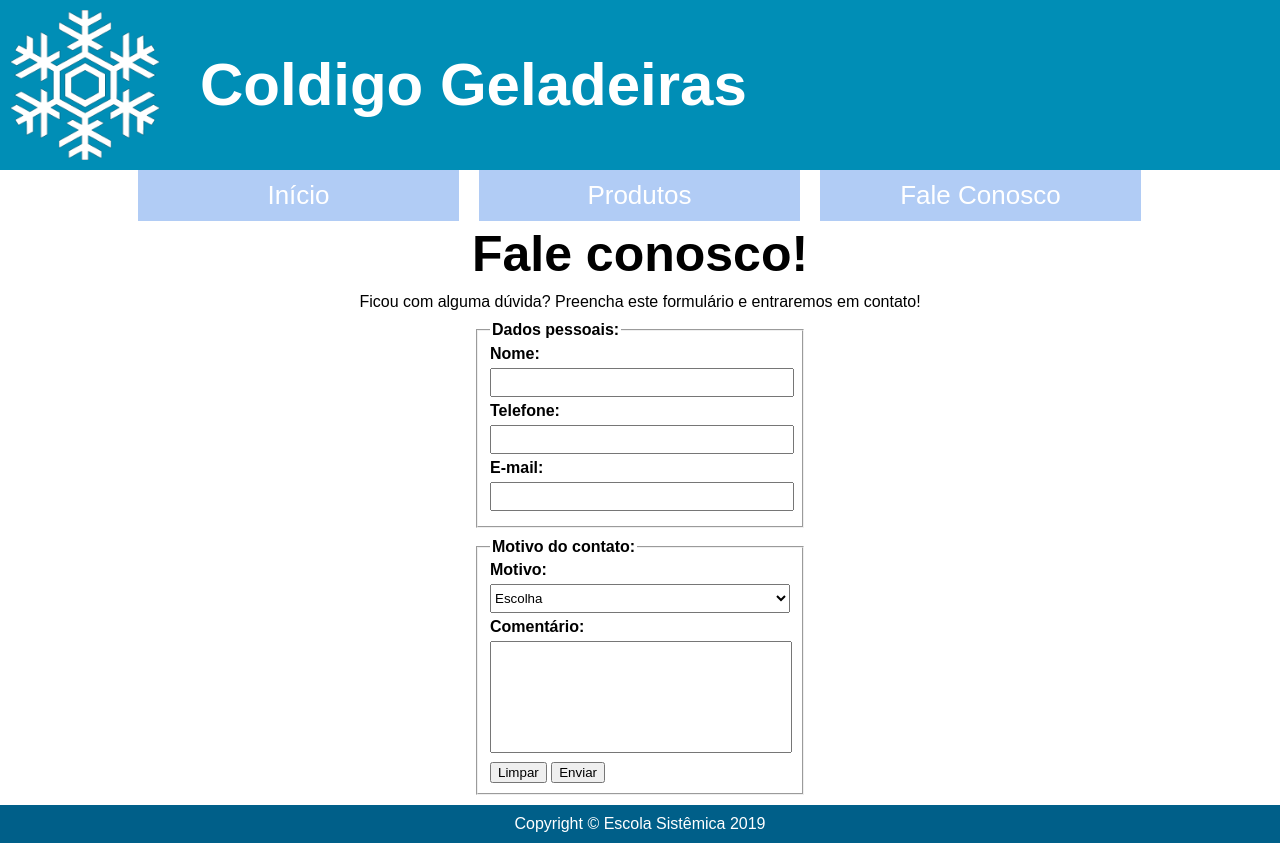
Repository: viniJulio/Coldigo
Page: ProjetoTrilhaWeb/WebContent/pages/site/faleconosco.html
These files come from the project's save history. The page is drawn as it stood at one moment and after the next save; the edit follows.
The browser window is 1280 px wide. The pictures show the whole page.

Above is the page before, as saved 2023-03-07 23:55:50.

### ProjetoTrilhaWeb/WebContent/pages/site/faleconosco.html
<!DOCTYPE html>
<html lang="pt-br">
<head>
<meta charset="UTF-8">
<meta name="description" content="Site da Coldigo Geladeiras">
<meta name="keywords" content="Geladeiras, Frost-free, Refrigeração">
<meta name="author" content="Escola Sistêmica">
<meta name="viewport" content="widht=device-widht, initial-scale=1.0">

<title>Coldigo Geladeiras</title>
<link rel="stylesheet" type="text/css" href="../../css/site.css">
<script src="https://code.jquery.com/jquery-3.6.3.min.js"></script>
<script src="../../js/site.js"></script>
</head>
<body>
	<header> </header>

	<nav></nav>

	<section>
		<h2>Fale conosco!</h2>
		<p>Ficou com alguma dúvida? Preencha este formulário e entraremos
			em contato!</p>
		<form name="frmfaleconosco" method="get" action="#"
			onsubmit="return validaFaleConosco()">
			<fieldset class="faleConosco">
				<legend>Dados pessoais:</legend>
				<label for="nome">Nome: </label> <input type="text" name="txtnome"
					id="nome"> <label for="fone">Telefone: </label> <input
					type="text" name="txtfone" id="fone"> <label for="email">E-mail:
				</label> <input type="email" name="txtemail" id="email">
			</fieldset>
			<fieldset class="faleConosco">
				<legend>Motivo do contato:</legend>
				<label for="motivo">Motivo: </label> <select name="selmotivo"
					id="motivo" onchange="verificaMotivo(this.value)">
					<option value="">Escolha</option>
					<option value="RE">Reclamação</option>
					<option value="SU">Sugestão</option>
					<option value="PR">Informações sobre produto</option>
				</select>
				<div id="opcaoProduto"></div>
				<label for="comentario">Comentário: </label>
				<textarea name="txacomentario" id="comentario"></textarea>
				<button type="reset">Limpar</button>
				<button type="submit">Enviar</button>
			</fieldset>
		</form>
	</section>
	<footer> </footer>
</body>
</html>

### ProjetoTrilhaWeb/WebContent/css/site.css
@charset "UTF-8";

/*Configuração geral do corpo da página*/
body {
	margin: 0 auto;
	padding:0;
	font-family: "Century Gothic", sans-serif;
}

/**********************
configurações gerais
***********************/

/*cabeçalho*/
header {
	height: 170px;
	background-color: #008eb6;
}

header img {
	float: left;
	height: 150px;
	width: 150px;
	margin: 10px;
}

header h1 {
	float: left;
	margin: 50px 0 0 30px;
	font-size: 60px;
	color: #ffffff;
}

/*menu*/
nav {
	clear: both;
	width: 80%;
	margin: 0px auto;
	height: 55px;
}

nav a {
	color: white;
	text-decoration: none;
	text-align: center;
}

nav .opcao {
	float: left;
	width: 31.3%;
	background-color: #b1ccf5;
	padding: 10px 0;
	margin: 0 1%;
	font-size: 26px;
}

nav .opcao:hover {
	background-color: #83afd3;
}

/*Área geral para conteúdos específicos de cada pág*/
section {
	clear: both;
	min-height: 400px;
	width: 100%;
	margin-top: 0px;

}

/*Rodapé*/
footer{
	background-color: #005f89;
	color:#fff;
	text-align: center;
	padding:10px;
}

/***********
Página inicial
************/

section #topo{
	width: 900px;
	margin: 0px auto;
	height: 250px;
}

.geladeira{
	height: 250px;
	width: 125px;
}
.direita{
	float:right;
}
.esquerda{
	float:left;
}

section #titulos{
	float: left;
	height: 250px;
	width: 650px;
	margin: 0px auto;
}

h2{
	text-align: center;
	margin-top: 0px;
	margin-bottom: 10px;
	font-size: 50px;
}

h3{
	text-align: center;
	margin-top: 50px;
	font-size: 20px;
}

section p{
	clear: both;
	text-align: center;
	margin: 10px 80px;

}

/*************
Página Produtos
************/
.tabelaProdutos{
	margin: 10px auto;
	text-align: center;
}

.tituloTabela{
	text-align: center;
	font-size: 30px;
	font-weight: bold;
	color:#fff;
	padding:5px;
	border:transparent;
}
tr,td,th{
	border: 1px solid #B0C4DE;
	padding: 5px;
}

tr,td{
	font-size: 14px;

}

tr:nth-child(even) {
	background-color: #b1ccf5;

}
tr:nth-child(odd) {
	background-color: #83afd3;
}

.tabelaSecundaria{
	margin:10px auto;
	text-align: center;
}

.tituloSecundario{
	text-align: center;
	font-size: 30px;
	font-weight: bold;
	color:#fff;
	padding:5px;
	border:transparent;
}

/************
Página faleConosco
*************/

.faleConosco{
	width: 300px;
	margin:0px auto;
	font-weight: bold;
	margin-bottom: 10px;
}

.faleConosco input, .faleConosco textarea, .faleConosco select{
	margin: 5px auto;
	width: 100%;
	padding: 5px 0;
}

.faleConosco textarea{
	height: 100px;
	resize:none;
width: 100%;
}
.faleConosco buttom{
	width:30%;
	margin: 0 10%;
	background-color: #b1ccf5;
	font-weight: bold;
	font-size: 16px;

}

### ProjetoTrilhaWeb/WebContent/js/site.js
function validaFaleConosco(){
	if(document.frmfaleconosco.txtnome.value == ""){
		alert("Preencha o campo nome");
		document.frmfaleconosco.txtnome.focus();
		return false;
	}
	return true;
}

function verificaMotivo(motivo) {

	var elemento = document.getElementById("opcaoProduto");

	//se o valor da variavel motivo for "PR"
	if (motivo == "PR") {
		//Criamos um elemento (tag) <select> e guardamos na varíavel homônima
		var select = document.createElement("select");
		//setamos nesse novo select o atributo 'name' com o valor 'selproduto'
		select.setAttribute("nome", "selproduto");
		//conteúdo atual da variável select:
		//<select name="selproduto"></select>

		//Criamos um elemento(tag)<option> e guardamos na variável homônima
		var option = document.createElement("option");
		//setamos nesse novo option o atributo 'value' com o valor vazio
		option.setAttribute("value", "");
		//Criamos um ní de texto "Escolha" e gravamos na variável 'texto'
		var texto = document.createTextNode("Escolha");
		//colocamos o nó de texto criado como "filho" da tag option criada
		option.appendChild(texto)
		//conteudo atual da variavel option;
		//<option value="">Escolha>/option>

		//colocamos o option criado como "filho" da tag option criada
		select.appendChild(option);
		//conteudo atual da variavel select:
		//<select name="selproduto"><option value="">Escolha</option></select>

		//criamos ul elemento (tag) <option> e guardamos na variável homônima
		var option = document.createElement("option");
		//setamos nesse novo option o atributo "value" com o valor "FR"
		option.setAttribute("value", "FR");
		//criamos um nó de texto "Freezer" e gravamos na variável 'texto'
		var texto = document.createTextNode("Freezer");
		//Colocamos o nó de texto criado como 'filho' da tag option criada
		option.appendChild(texto);
		//conteudo atual da variavel option:
		//<option value="FR">Freezer</option>

		//colocamos o option criado como "filho"da tag select criada
		select.appendChild(option);
		//conteudo atual da variavel select:
		/*
		<select name="selproduto">
		<option value="">Escolha</option><option value="FR">Freezer</option>
		</select>
		*/

		//criamos ul elemento (tag) <option> e guardamos na variável homônima
		var option = document.createElement("option");
		//setamos nesse novo option o atributo "value" com o valor "GE"
		option.setAttribute("value", "GE");
		//criamos um nó de texto "Freezer" e gravamos na variável 'texto'
		var texto = document.createTextNode("Geladeira");
		//Colocamos o nó de texto criado como 'filho' da tag option criada
		option.appendChild(texto);
		//conteudo atual da variavel option:
		//<option value="GE">Freezer</option>

		//colocamos o option criado como "filho"da tag select criada
		select.appendChild(option);
		//conteudo atual da variavel select:
		/*
		<select name="selproduto">
		<option value="">Escolha</option><option value="FR">Freezer</option>
		</select>
		*/

		//colocamos o select criado como "filho" da tag div capturada no inicio da função
		elemento.appendChild(select);
		//se o valor da variavel motivo não foi "PR"...
	} else {
		//se a div possuir algum "primeiro filho"
		if (elemento.firstChild)
			//removemos ele
			elemento.removechild(elemento.firstChild);
	}
}




$(document).ready(function() {

	//carrega cabeçalho, menu e rodapé aos respectivos locais
	$("header").load("/ProjetoTrilhaWeb/pages/site/general/cabecalho.html");
	$("nav").load("/ProjetoTrilhaWeb/pages/site/general/menu.html");
	$("footer").load("/ProjetoTrilhaWeb/pages/site/general/rodape.html");

});

### ProjetoTrilhaWeb/WebContent/pages/site/general/cabecalho.html

<img src="/ProjetoTrilhaWeb/imgs/logo.png" alt="Logo da Coldigo Geladeiras">
<h1>Coldigo Geladeiras</h1>

### ProjetoTrilhaWeb/WebContent/pages/site/general/menu.html

<a href="/ProjetoTrilhaWeb/index.html">
	<div class="opcao">Início</div>
</a>
<a href="/ProjetoTrilhaWeb/pages/site/produtos.html">
	<div class="opcao">Produtos</div>
</a>
<a href="/ProjetoTrilhaWeb/pages/site/faleconosco.html">
	<div class="opcao">Fale Conosco</div>
</a>

### ProjetoTrilhaWeb/WebContent/pages/site/general/rodape.html

Copyright &copy; Escola Sistêmica 2019

After the next save:
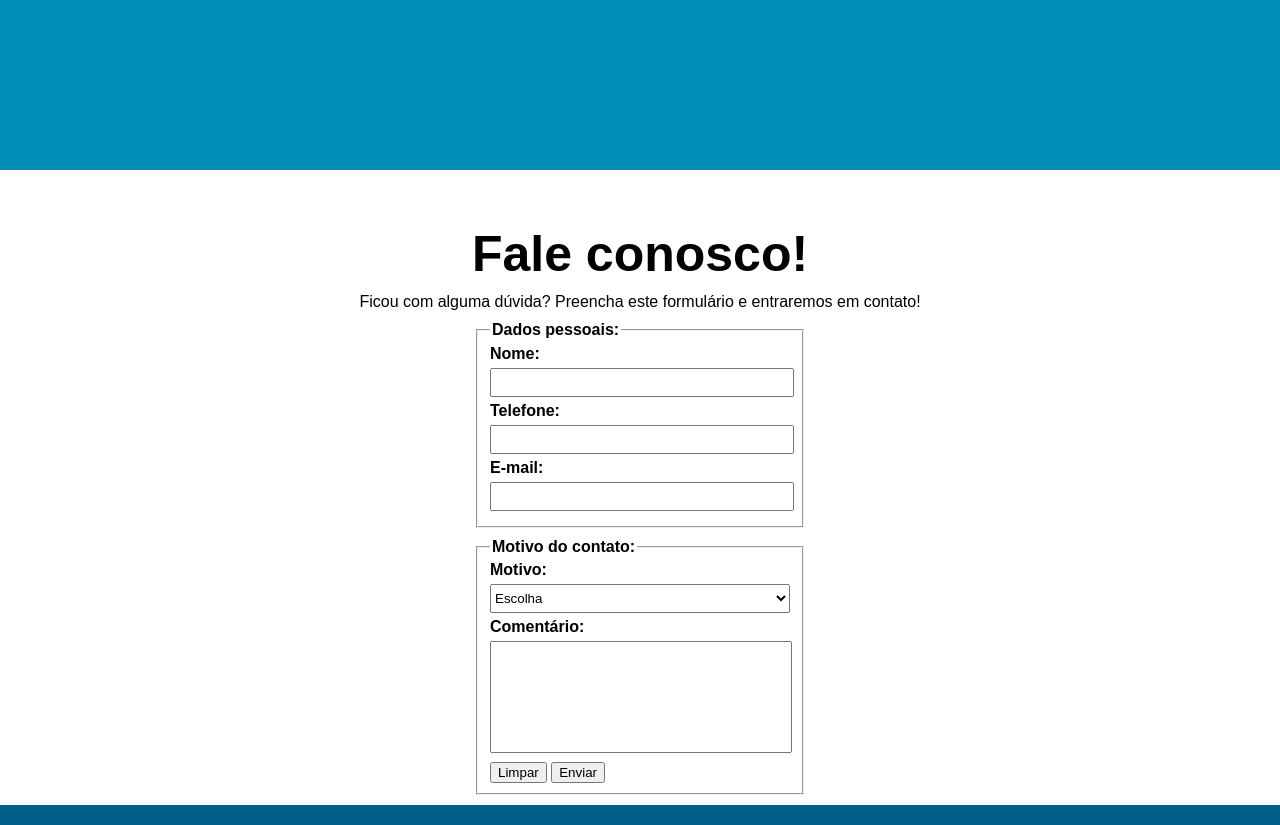
Console error: SyntaxError: Illegal return statement
Saved 40 s later.
--- a/ProjetoTrilhaWeb/WebContent/js/site.js
+++ b/ProjetoTrilhaWeb/WebContent/js/site.js
@@ -2,6 +2,11 @@
 	if(document.frmfaleconosco.txtnome.value == ""){
 		alert("Preencha o campo nome");
 		document.frmfaleconosco.txtnome.focus();
+		}else{
+
+		}
+
+
 		return false;
 	}
 	return true;

After the save that followed:
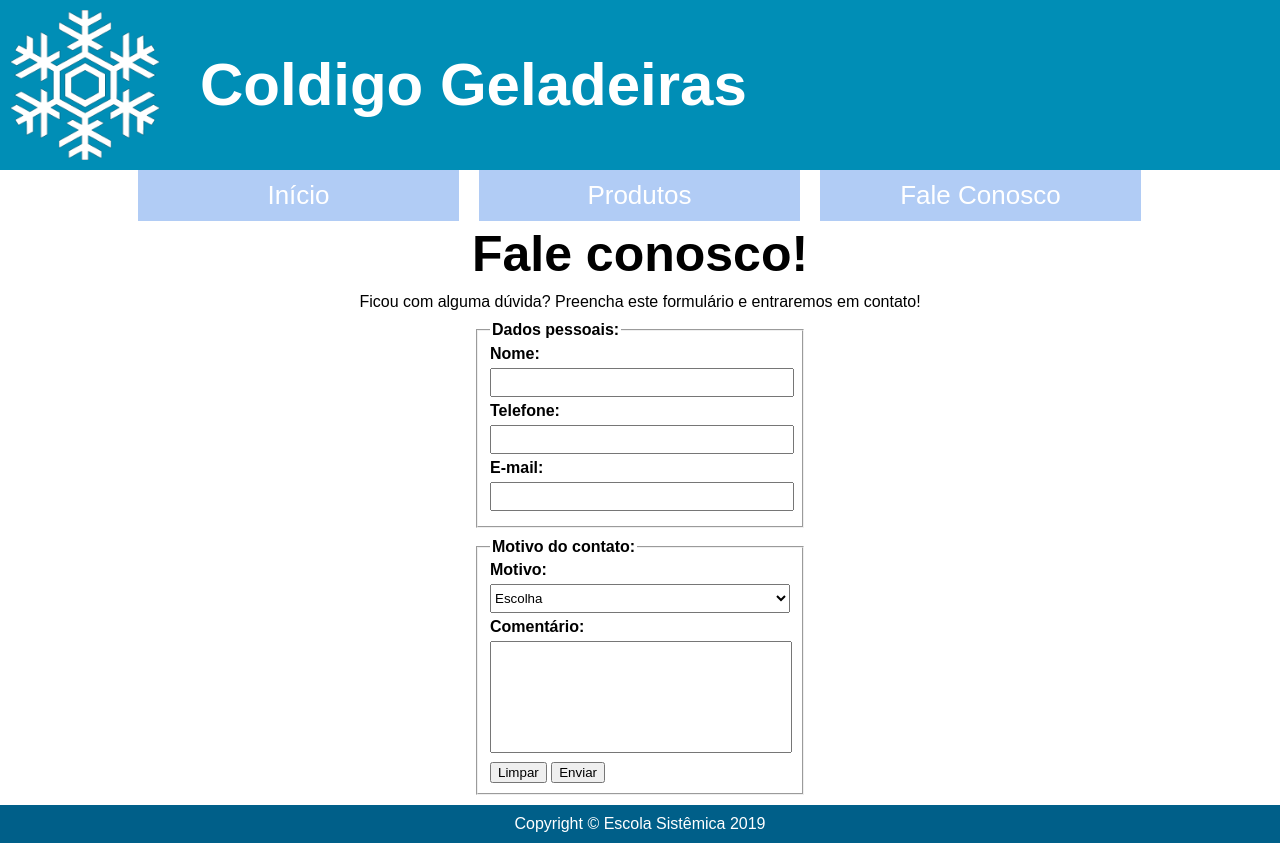
The error is gone.
Saved 7 s later.
--- a/ProjetoTrilhaWeb/WebContent/js/site.js
+++ b/ProjetoTrilhaWeb/WebContent/js/site.js
@@ -3,9 +3,10 @@
 		alert("Preencha o campo nome");
 		document.frmfaleconosco.txtnome.focus();
 		}else{
-
+				if(document.frmfaleconosco.txtnome.value == ""){
+		alert("Preencha o campo nome");
+		document.frmfaleconosco.txtnome.focus();
 		}
-
 
 		return false;
 	}
